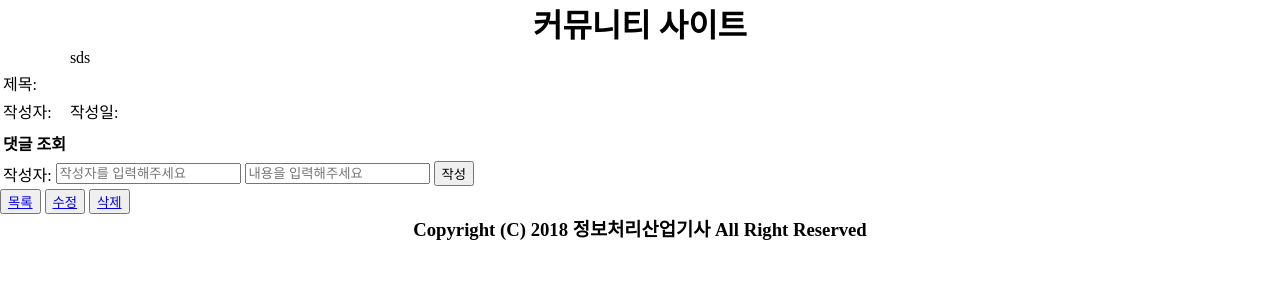
Repository: Tor1a/SpringSet
Page: http://localhost/practice01/WEB-INF/views/post/Lookup.jsp
These files come from the project's save history. The page is drawn as it stood at one moment and after the next save; the edit follows.
The browser window is 1280 px wide. The pictures show the whole page.
The page is served by Tomcat 9. Nobody is signed in. The template is opened directly, without the code that normally fills it, so the values that code supplies are empty.

Above is the page before, as saved 2022-04-15 05:53:21.

After the next save:
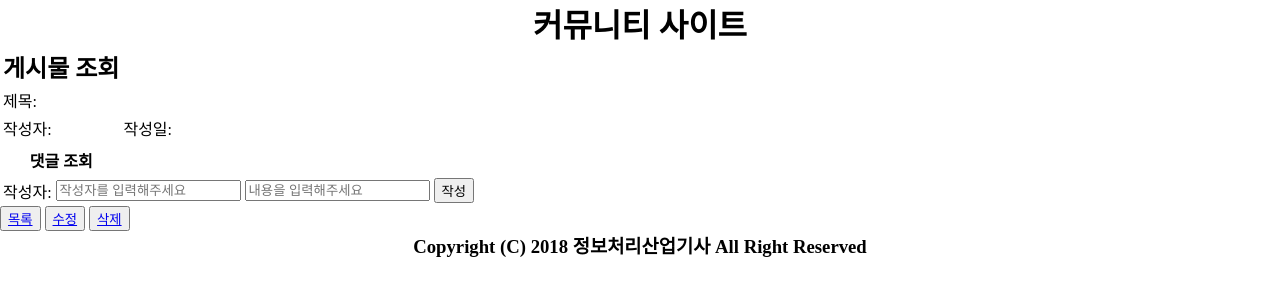
Saved 14 s later.
--- a/practice01/src/main/webapp/WEB-INF/views/post/Lookup.jsp
+++ b/practice01/src/main/webapp/WEB-INF/views/post/Lookup.jsp
@@ -5,9 +5,9 @@
 <script src="${pageContext.request.contextPath}/resources/js/post/commentAdd.js"></script>
 	<table>
 		<thead>
-			<th>
-				<td>sds</td>
-			</th>
+			<tr>
+				<td><h2>게시물 조회</h2></td>
+				</tr>
 		</thead>
 		<tbody>
 			<tr>
